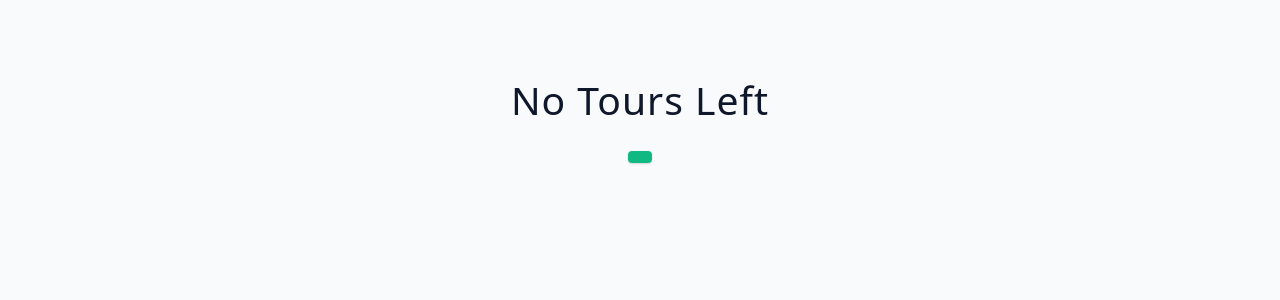
Repository: dydals3440/React-Projects
Page: / (app in 04-fundamental-projects/02-tours/starter/)
These files come from the project's save history. The page is drawn as it stood at one moment and after the next save; the edit follows.
The browser window is 1280 px wide. The pictures show the whole page.
The page's requests for data from a server got no answer. The project was rebuilt for these pictures with package versions that can differ from the ones it lists, and the page was loaded fresh each time. No one was signed in, and anything a server would have sent is missing. Also part of the build but not shown: 04-fundamental-projects/02-tours/starter/vite.config.js, 04-fundamental-projects/02-tours/starter/src/Tour.jsx, 04-fundamental-projects/02-tours/starter/src/Tours.jsx.

Above is the page before, as saved 2023-09-03 03:01:48.

After the next save:
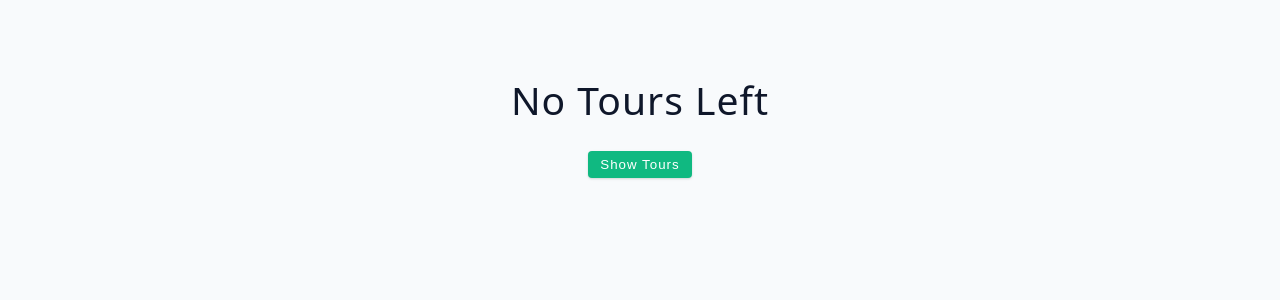
Saved 13 s later.
--- a/04-fundamental-projects/02-tours/starter/src/App.jsx
+++ b/04-fundamental-projects/02-tours/starter/src/App.jsx
@@ -48,7 +48,9 @@ const App = () => {
             style={{ marginTop: '2rem' }}
             className='btn'
             onClick={fetchTours}
-          ></button>
+          >
+            Show Tours
+          </button>
         </div>
       </main>
     );
